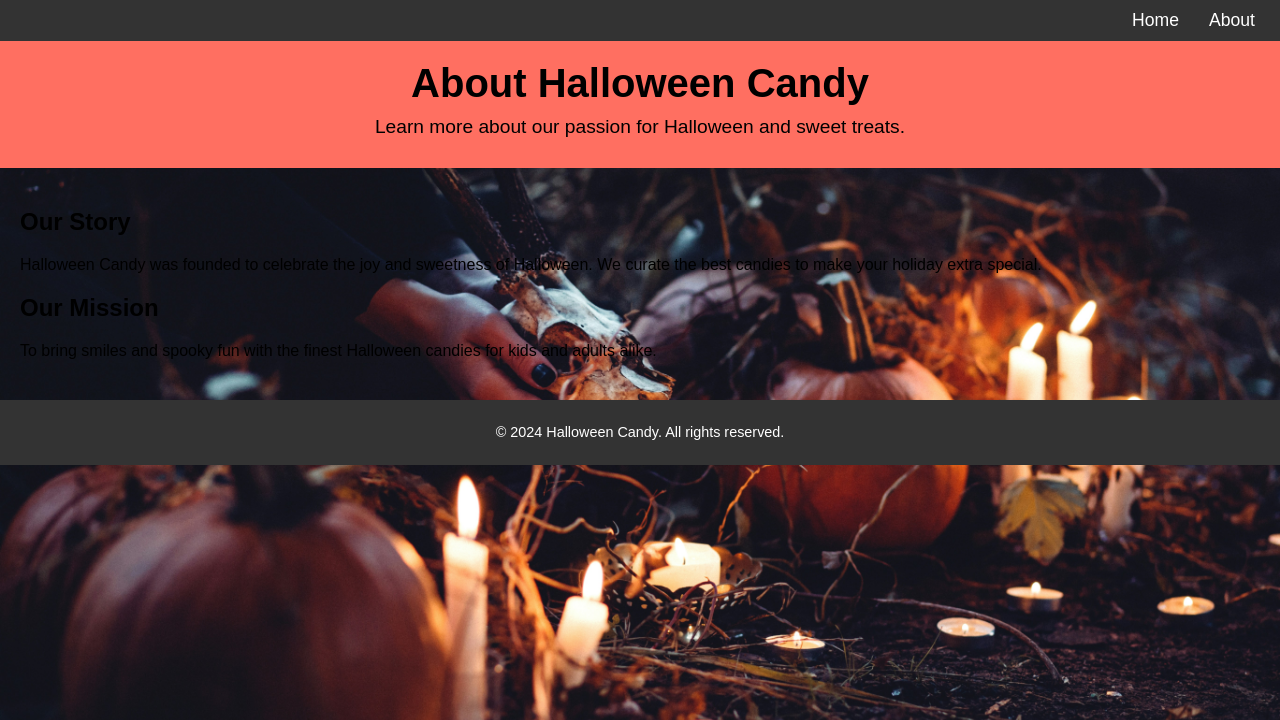
Repository: monicaifijeh/test2
Page: kyportfolio/src/aboutHallo.html
The author's editor kept a copy of each file at every save. The page is drawn from the files as they stood at one save, then again after the next save.
The browser window is 1280 px wide. The pictures show the whole page.

Above is the page before, as saved 2024-12-20 01:35:15.

### kyportfolio/src/aboutHallo.html
<!DOCTYPE html>
<html lang="en">
  <head>
    <meta charset="UTF-8" />
    <meta name="viewport" content="width=device-width, initial-scale=1.0" />
    <title>About - Halloween Candy</title>
    <link rel="stylesheet" href="kystyle.css" />
  </head>
  <body>
    <nav>
      <ul>
        <li><a href="indexHallo.html">Home</a></li>
        <li><a href="aboutHallo.html">About</a></li>
      </ul>
    </nav>
    <header>
      <h1>About Halloween Candy</h1>
      <p>Learn more about our passion for Halloween and sweet treats.</p>
    </header>
    <main>
      <section>
        <h2>Our Story</h2>
        <p>
          Halloween Candy was founded to celebrate the joy and sweetness of
          Halloween. We curate the best candies to make your holiday extra
          special.
        </p>
      </section>
      <section>
        <h2>Our Mission</h2>
        <p>
          To bring smiles and spooky fun with the finest Halloween candies for
          kids and adults alike.
        </p>
      </section>
    </main>
    <footer>
      <p>&copy; 2024 Halloween Candy. All rights reserved.</p>
    </footer>
  </body>
</html>

### kyportfolio/src/kystyle.css
body {
    font-family: Arial, sans-serif;
    margin: 0;
    padding: 0;
background-image: url(/kyportfolio/images/freestocks-twVS-YjQn9Y-unsplash.jpg);
background-repeat: no-repeat;
background-size: cover;
}

header {
    text-align: center;
    padding: 20px;
    background-color: #ff6f61;
}

header h1 {
    margin: 0;
    font-size: 2.5rem;
}

header p {
    margin: 10px 0;
    font-size: 1.2rem;
}

nav ul {
    display: flex;
    justify-content: right;
    list-style: none;
    padding: 10px;
    background-color: #333;
    margin: 0;
}

nav ul li {
    margin: 0 15px;
}

nav ul li a {
    text-decoration: none;
    color: #fff;
    font-size: 1.1rem;
}

nav ul li a:hover {
    text-decoration: underline;
}

main {
    padding: 20px;
}

section {
    margin-bottom: 20px;
}

footer {
    text-align: center;
    padding: 10px;
    background-color: #333;
    color: #fff;
    font-size: 0.9rem;
}

After the next save:
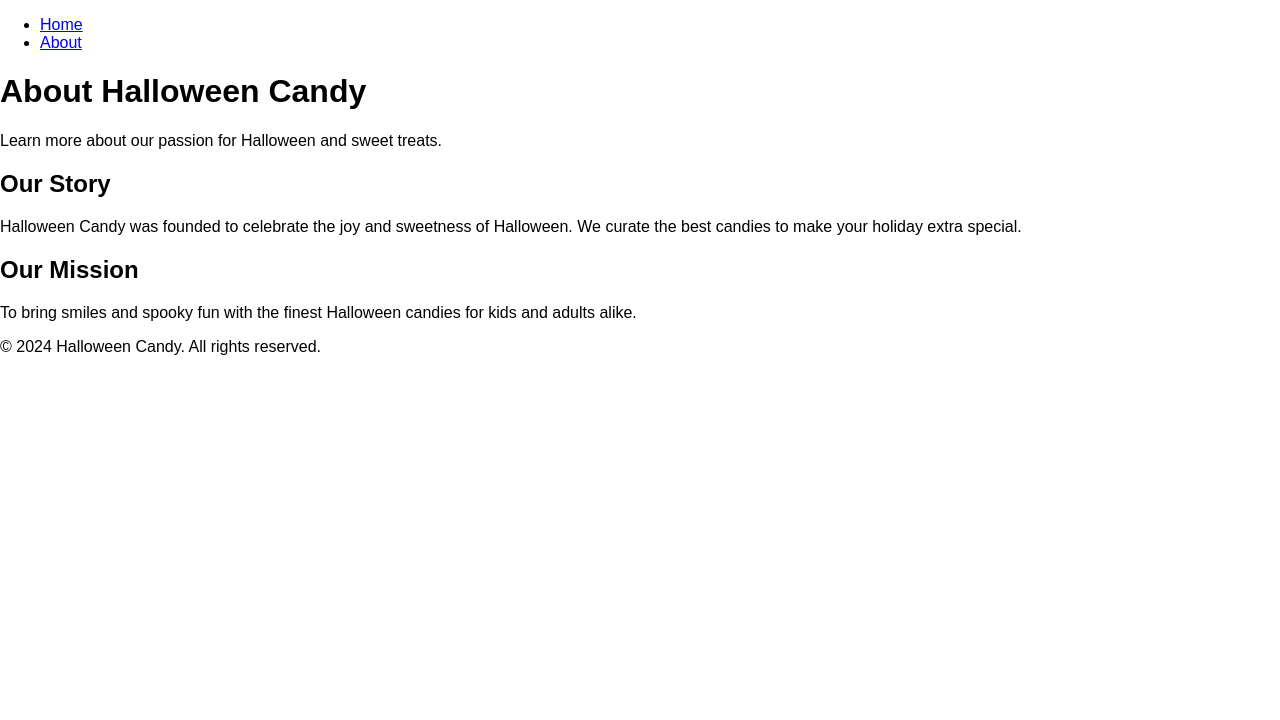
Saved 10 s later.
--- a/kyportfolio/src/kystyle.css
+++ b/kyportfolio/src/kystyle.css
@@ -2,7 +2,7 @@
     font-family: Arial, sans-serif;
     margin: 0;
     padding: 0;
-background-image: url(/kyportfolio/images/freestocks-twVS-YjQn9Y-unsplash.jpg);
+background-image: url("/kyportfolio/images/freestocks-twVS-YjQn9Y-unsplash.jpg);
 background-repeat: no-repeat;
 background-size: cover;
 }

After the save that followed:
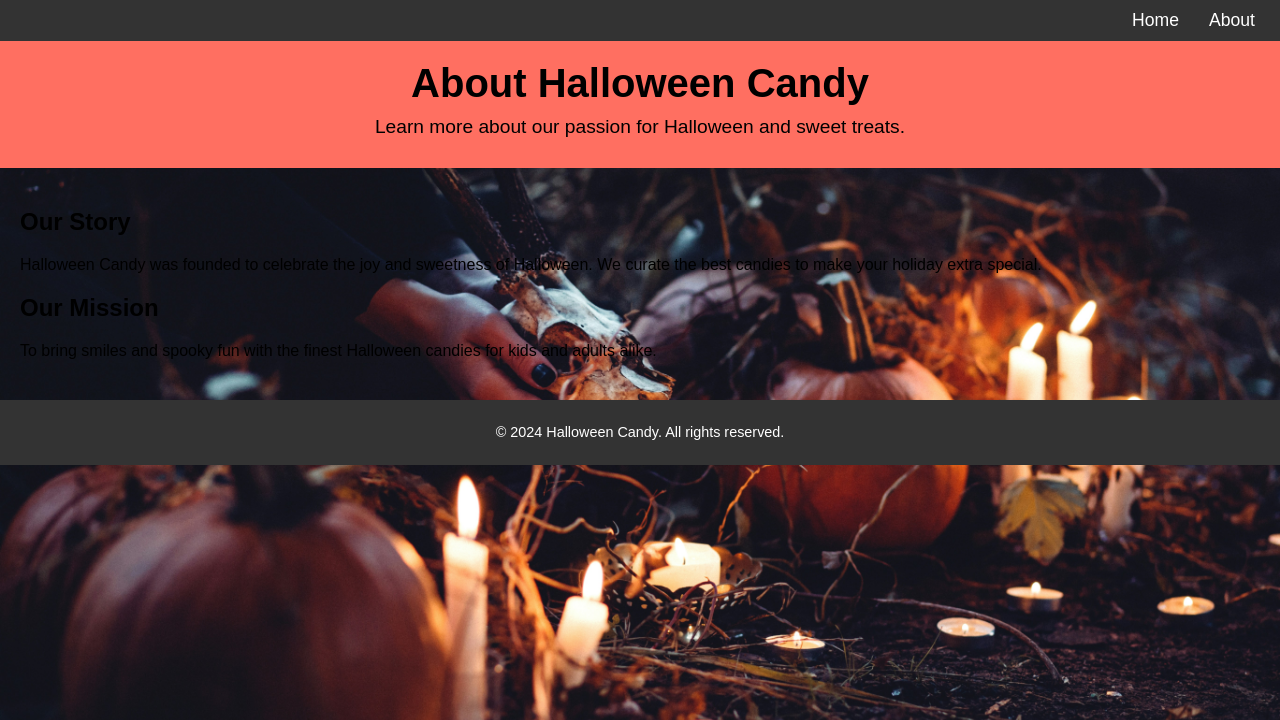
Saved 4 s later.
--- a/kyportfolio/src/kystyle.css
+++ b/kyportfolio/src/kystyle.css
@@ -2,7 +2,7 @@
     font-family: Arial, sans-serif;
     margin: 0;
     padding: 0;
-background-image: url("/kyportfolio/images/freestocks-twVS-YjQn9Y-unsplash.jpg);
+background-image: url("/kyportfolio/images/freestocks-twVS-YjQn9Y-unsplash.jpg");
 background-repeat: no-repeat;
 background-size: cover;
 }
